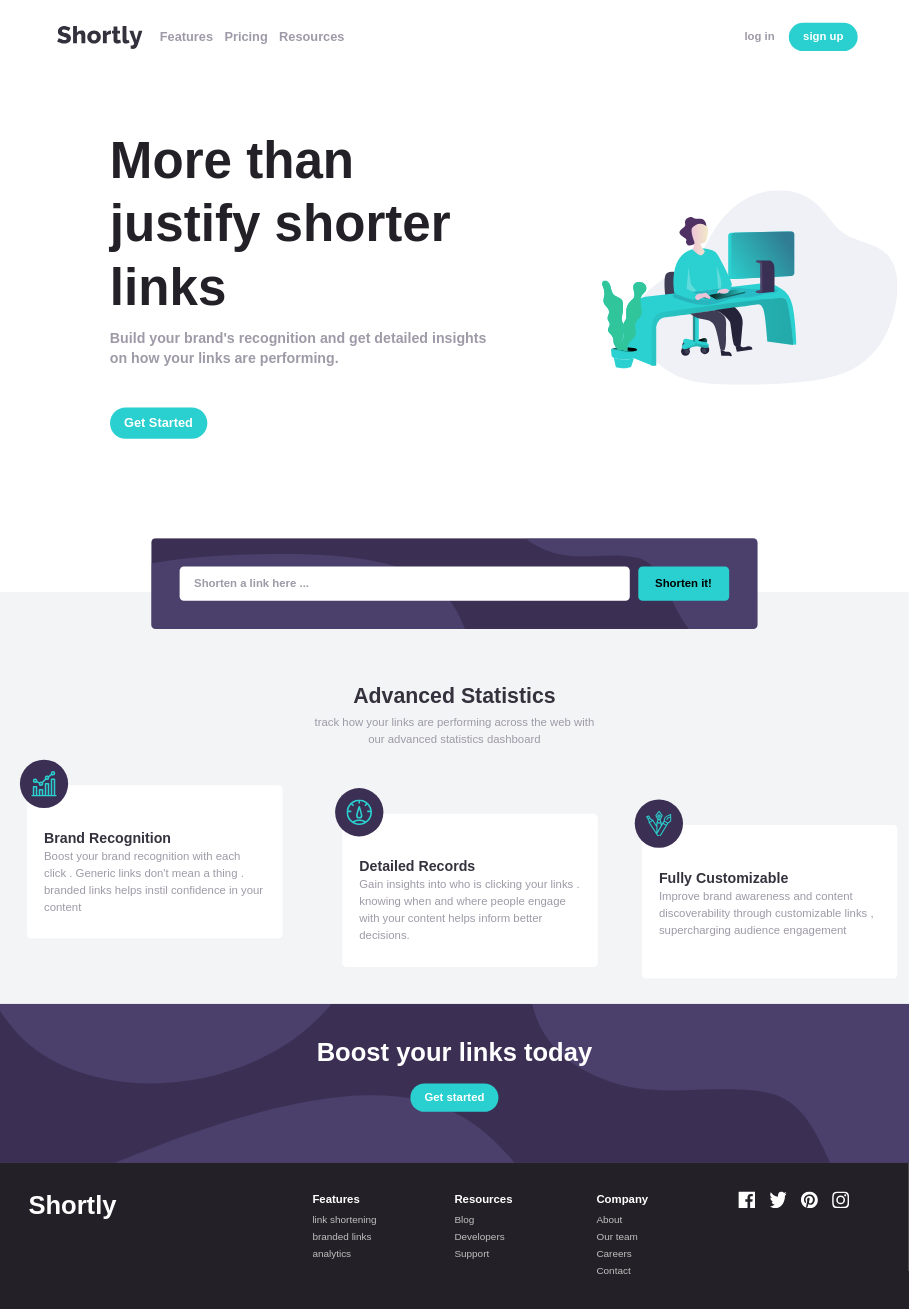
Repository: ayakhaled0001/URL_shortening
Page: /
The author's editor kept a copy of each file at every save. The page is drawn from the files as they stood at one save, then again after the next save.
The browser window is 1280 px wide. The pictures show the whole page, at 71% of full size.
The project was rebuilt for these pictures with package versions that can differ from the ones it lists, and the page was loaded fresh each time. Also part of the build but not shown: vite.config.js.

Above is the page before, as saved 2025-10-18 05:00:12.

After the next save:
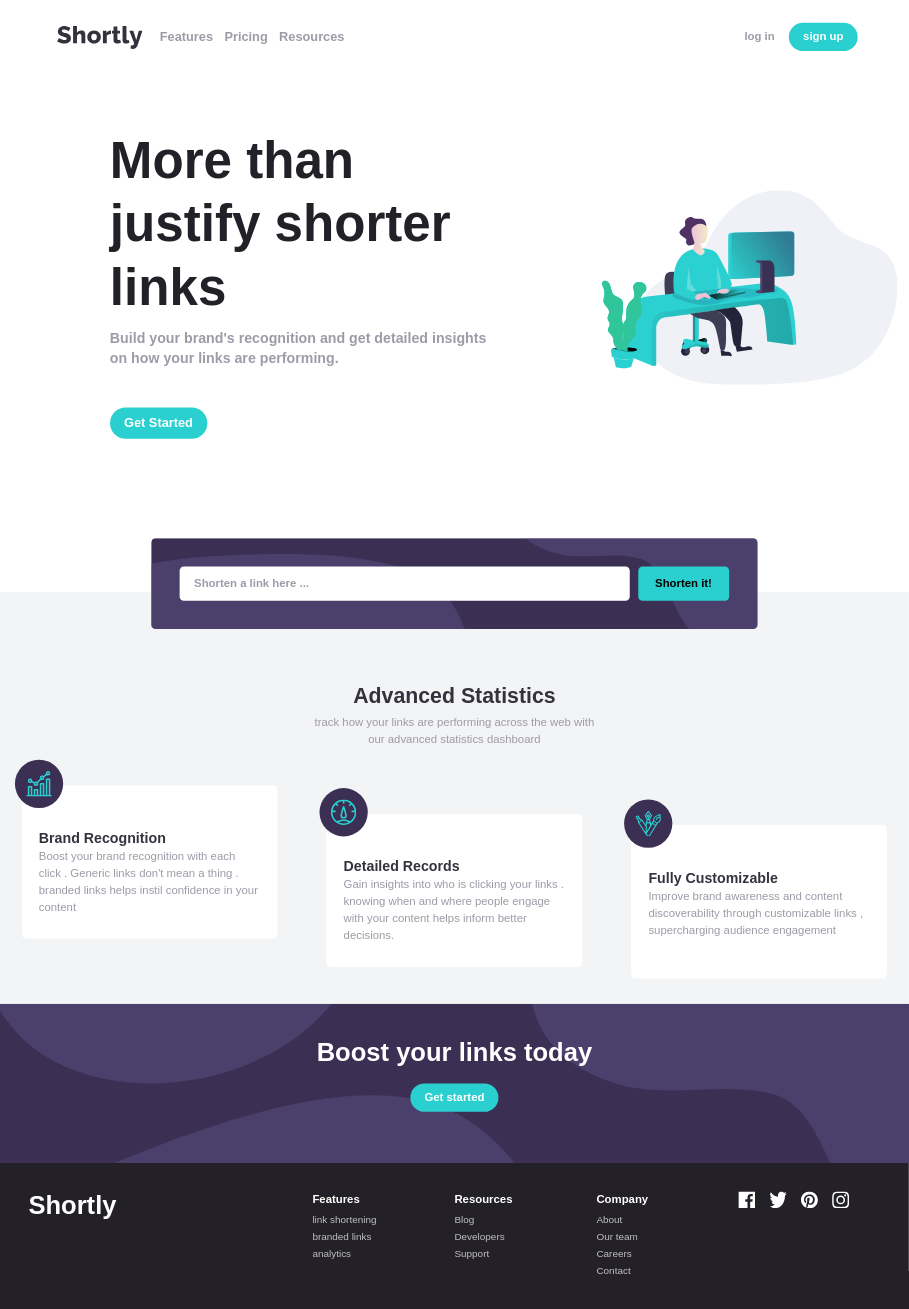
Saved 4 s later.
--- a/src/components/AdvancedStatistics.jsx
+++ b/src/components/AdvancedStatistics.jsx
@@ -37,7 +37,7 @@ function AdvancedStatistics() {
             where people engage with your content helps inform better decisions.
           </p>
         </div>
-        <div className="w-full md:w-80 xl:w-90 translate-y-0 xl:translate-y-14 bg-white rounded-md px-6 pt-15 pb-8 relative mx-auto md:mx-0">
+        <div className="w-full max-w-sm md:max-w-md xl:w-90 translate-y-0 xl:translate-y-14 bg-white rounded-md px-6 pt-15 pb-8 relative mx-auto">
           <div className="absolute -top-9 left-1/2 transform -translate-x-1/2 md:left-6 md:transform-none inline-block bg-Purple-950 p-4 rounded-full">
             <img src="images/icon-fully-customizable.svg" className="w-9" />
           </div>
